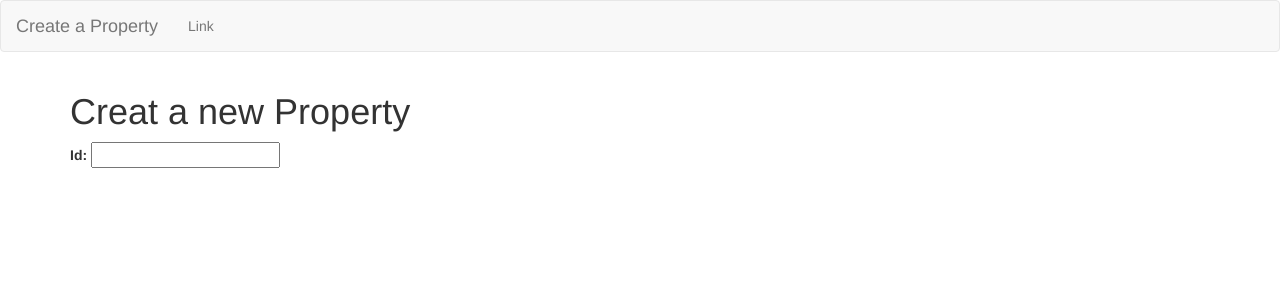
Repository: djoysilva/vivaRealChallenge
Page: http://localhost/vivaReal2.0/createProperty.jsp
An editor plug-in stored every save of this project. The page is shown before and after the next save, followed by the edit.
The browser window is 1280 px wide. The pictures show the whole page.
The page is served by Tomcat 9. Other server files are loaded and not shown.

Above is the page before, as saved 2016-11-02 20:51:31.

### VivaRealWorkSpace/vivaReal2.0/WebContent/createProperty.jsp
<%@ page language="java" contentType="text/html; charset=ISO-8859-1"
    pageEncoding="ISO-8859-1"%>
<!DOCTYPE html PUBLIC "-//W3C//DTD HTML 4.01 Transitional//EN" "http://www.w3.org/TR/html4/loose.dtd">
<html>
<head>
<meta http-equiv="Content-Type" content="text/html; charset=ISO-8859-1">
<%@ include file = "include.jsp"%>
<title>Create a new property</title>
</head>
<body>
	<%@ include file = "menu.jsp" %>
	<div class = "container">
		<h1>Creat a new Property</h1>
		<div class = "row">
			<div class = "col-md-4">
				<form action="createProperty" method="post">
					<input type="hidden" name="action" value="create">
					<div class = "form-group">
						<label for="idId">Id:</label>
						<input type="text" name="id" id="idId">
					</div>
				</form>
			</div>
		</div>
	</div>
</body>
</html>

### VivaRealWorkSpace/vivaReal2.0/WebContent/include.jsp
<link rel = "stylesheet" type = "text/css" href="css/bootstrap.min.css">

### VivaRealWorkSpace/vivaReal2.0/WebContent/menu.jsp
<nav class="navbar navbar-default">
  <div class="container-fluid">
    <!-- Brand and toggle get grouped for better mobile display -->
    <div class="navbar-header">
      <button type="button" class="navbar-toggle collapsed" data-toggle="collapse" data-target="#bs-example-navbar-collapse-1" aria-expanded="false">
        <span class="sr-only">Toggle navigation</span>
        <span class="icon-bar"></span>
        <span class="icon-bar"></span>
        <span class="icon-bar"></span>
      </button>
      <a class="navbar-brand" href="createProperty.jsp">Create a Property</a>
    </div>

    <!-- Collect the nav links, forms, and other content for toggling -->
    <div class="collapse navbar-collapse" id="bs-example-navbar-collapse-1">
      <ul class="nav navbar-nav">
        <li><a href="#">Link</a></li>
      </ul>
    </div><!-- /.navbar-collapse -->
  </div><!-- /.container-fluid -->
</nav>

Loaded but not shown: VivaRealWorkSpace/vivaReal2.0/WebContent/css/bootstrap.min.css (library)

After the next save:
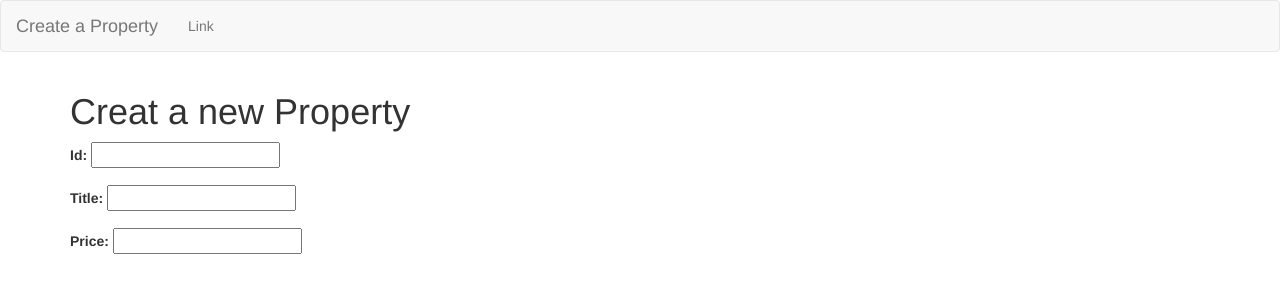
Saved 2 min 39 s later.
--- a/VivaRealWorkSpace/vivaReal2.0/WebContent/createProperty.jsp
+++ b/VivaRealWorkSpace/vivaReal2.0/WebContent/createProperty.jsp
@@ -19,6 +19,14 @@
 						<label for="idId">Id:</label>
 						<input type="text" name="id" id="idId">
 					</div>
+					<div class = "form-group">
+						<label for="idTitle">Title:</label>
+						<input type="text" name="title" id="idTitle">
+					</div>
+					<div class = "form-group">
+						<label for="idPrice">Price:</label>
+						<input type="text" name="price" id="idPrice">
+					</div>
 				</form>
 			</div>
 		</div>
